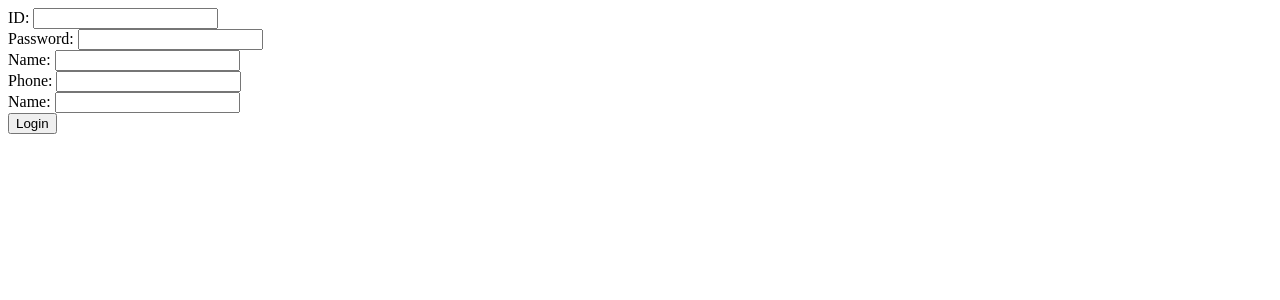
Repository: i-kemen/jsp
Page: WebTest/src/main/webapp/19join.html
These files come from the project's save history. The page is drawn as it stood at one moment and after the next save; the edit follows.
The browser window is 1280 px wide. The pictures show the whole page.

Above is the page before, as saved 2023-06-22 08:24:52.

### WebTest/src/main/webapp/19join.html
<!DOCTYPE html>
<html>
<head>
<meta charset="EUC-KR">
<title>Insert title here</title>
</head>
<body>
    <form method="post" action="19joinOk.jsp">
        <label for="id">ID:</label>
        <input type="text" id="id" name="id" required><br/>

        <label for="password">Password:</label>
        <input type="password" id="password" name="password" required><br/>

        <label for="name">Name:</label>
        <input type="name" id="name" name="name" required><br/>

        <label for="phone">Phone:</label>
        <input type="phone" id="phone" name="phone" required><br/>

        <label for="name">Name:</label>
        <input type="name" id="name" name="name" required><br/>

        <input type="submit" value="Login">


    </form>
</body>
</html>

After the next save:
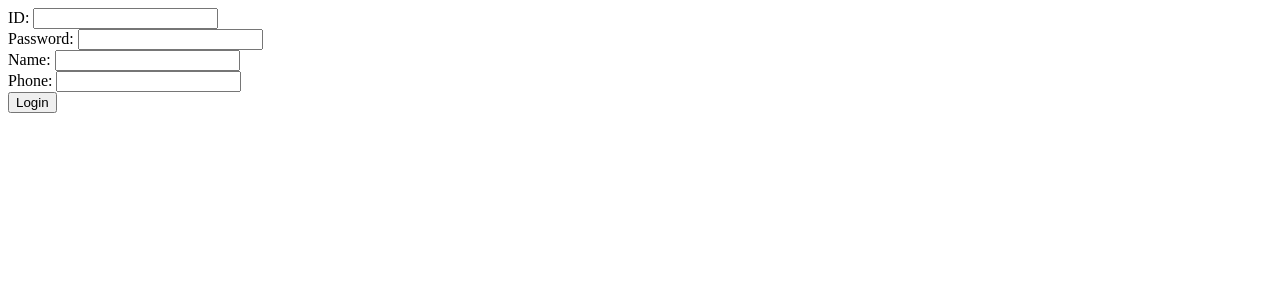
Saved 12 s later.
--- a/WebTest/src/main/webapp/19join.html
+++ b/WebTest/src/main/webapp/19join.html
@@ -18,8 +18,6 @@
         <label for="phone">Phone:</label>
         <input type="phone" id="phone" name="phone" required><br/>
 
-        <label for="name">Name:</label>
-        <input type="name" id="name" name="name" required><br/>
 
         <input type="submit" value="Login">
 
